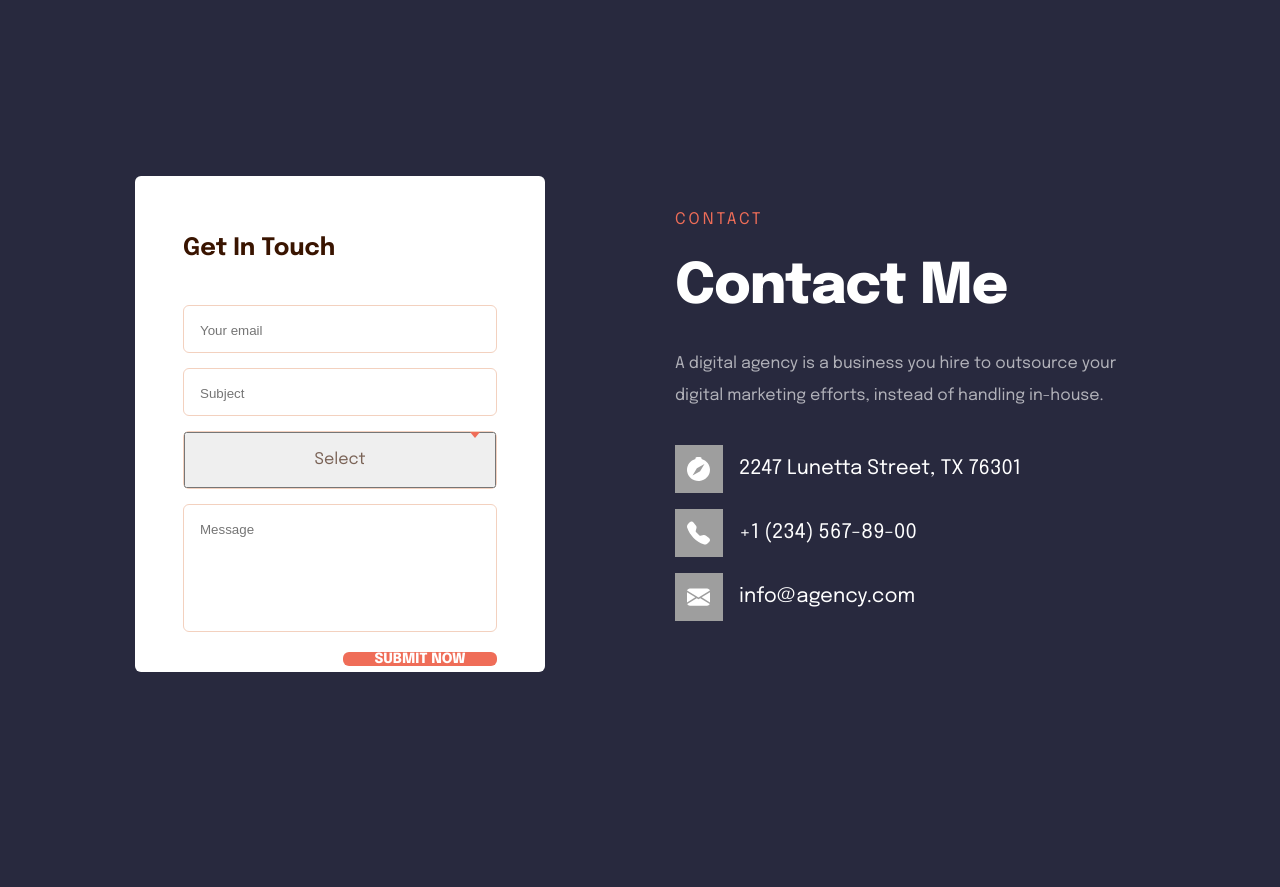
Repository: NatiqSamiyev/form-task-2
Page: index.html
An editor plug-in stored every save of this project. The page is shown before and after the next save, followed by the edit.
The browser window is 1280 px wide. The pictures show the whole page.
Pictures or frames that could not be fetched are drawn as grey boxes. Some web fonts or font styles are not loaded; a fallback is used.

Above is the page before, as saved 2023-10-26 11:44:58.

After the next save:
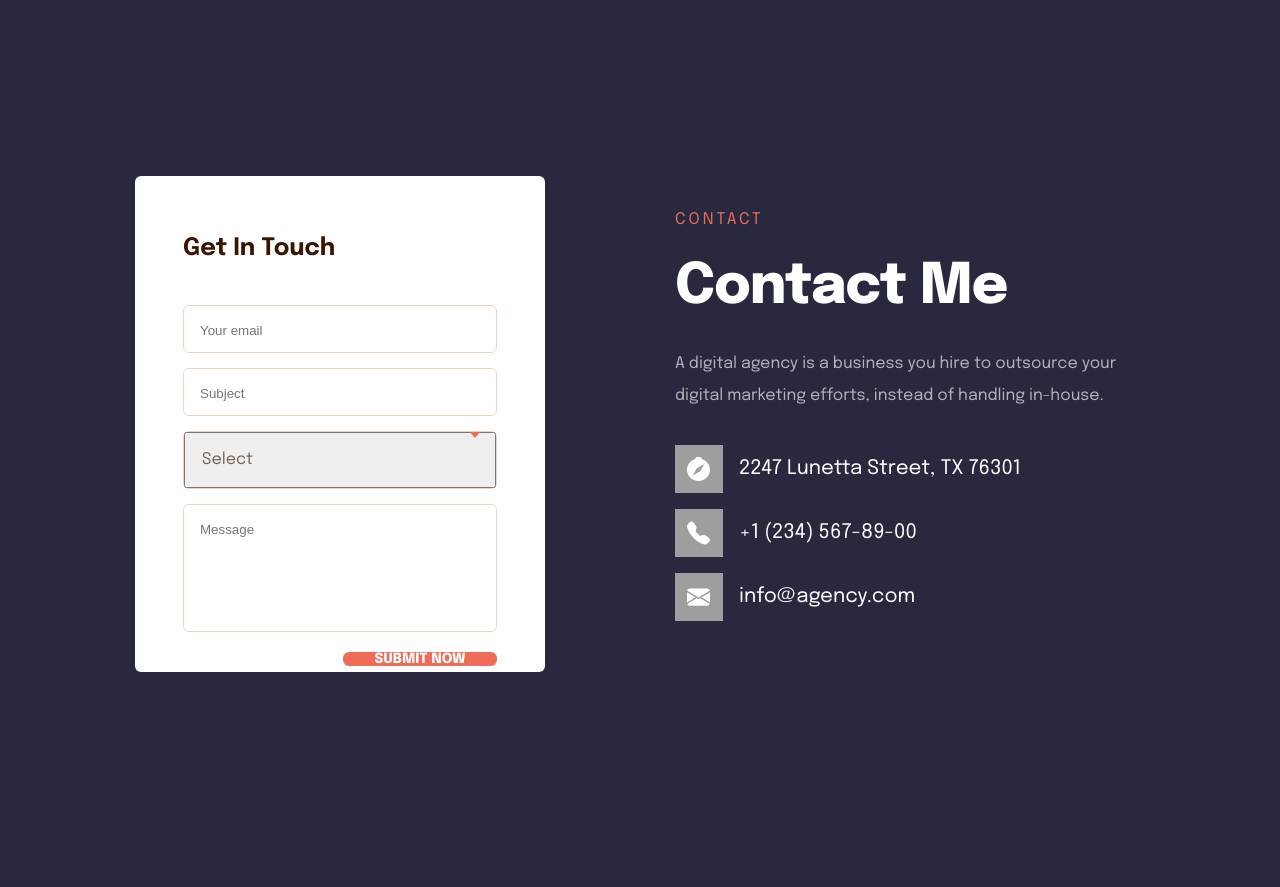
Saved 43 s later.
--- a/index.css
+++ b/index.css
@@ -179,7 +179,7 @@ font-size: 16px;
 font-style: normal;
 font-weight: 400;
 line-height: 32px; /* 200% */
-
+text-align: start;
 }
 .select-box svg{
 
